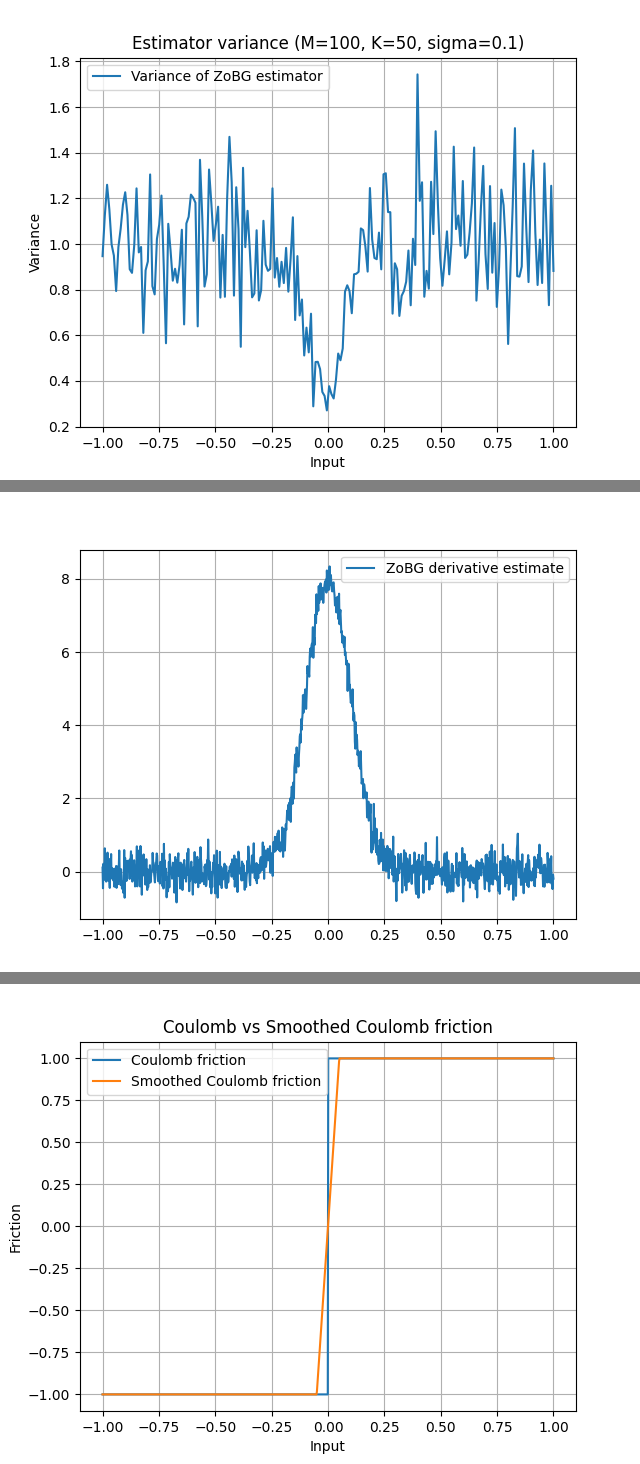
Repository: oomcth/Gradient-smoothing
Script's output: python test.py
An editor plug-in stored every save of this project. The script's output is shown before and after the next save, followed by the edit.
Each picture stacks the figures in order, with grey between them; figures that are only written to a file come last. Random numbers start from a fixed seed.

Above is the script's output before, as saved 2025-11-21 16:35:09.

### test.py
import numpy as np
import matplotlib.pyplot as plt


def coulomb_friction(x):
    return -1 if x < 0 else 1


def smoothed_coulomb_friction(x, t):
    assert t > 0
    return -1 if x < -t / 2 else 1 if x > t / 2 else 2 * x / t


def visualize_coulomb(t):
    x = np.linspace(-1, 1, 1000)
    y1 = np.array([coulomb_friction(l) for l in x])
    y2 = np.array([smoothed_coulomb_friction(l, t) for l in x])

    plt.plot(x, y1, label="Coulomb friction")
    plt.plot(x, y2, label="Smoothed Coulomb friction")

    plt.legend()
    plt.xlabel("Input")
    plt.ylabel("Friction")
    plt.title("Coulomb vs Smoothed Coulomb friction")
    plt.grid(True)
    plt.show()


def gaussian_sampler_factory(sigma, d):
    def sampler(M, rng):
        return rng.normal(loc=0.0, scale=sigma, size=(M, d))

    return sampler


def gaussian_grad_logp_factory(sigma):
    def grad_log_p(omegas):
        return -omegas / (sigma**2)

    return grad_log_p


def zo_gradient(f, x, sample_omega, grad_log_p, M=1000, rng=None):
    if rng is None:
        rng = np.random.default_rng()

    x = np.array([x], dtype=float)
    omegas = sample_omega(M, rng)
    xs = x + omegas

    f_vals = np.array([f(float(xi)) for xi in xs])
    glp = grad_log_p(omegas)

    integrand = -(f_vals[:, None] * glp)
    return integrand.mean(axis=0).squeeze()


def visualize_coulomb_derivatives(t):
    sigma = t
    x = np.linspace(-1, 1, 1000)
    sampler = gaussian_sampler_factory(sigma, 1)
    grad_log_p = gaussian_grad_logp_factory(sigma)

    y = np.array([zo_gradient(coulomb_friction, l, sampler, grad_log_p) for l in x])

    plt.plot(x, y, label="ZoBG derivative estimate")
    plt.legend()
    plt.grid(True)
    plt.show()


def visualize_estimator_variance(t, M=500, K=50):
    sigma = t
    x = np.linspace(-1, 1, 200)

    rng = np.random.default_rng(12345)
    sampler = gaussian_sampler_factory(sigma, 1)
    grad_log_p = gaussian_grad_logp_factory(sigma)

    variances = []

    for l in x:
        estimates = []
        for _ in range(K):
            est = zo_gradient(coulomb_friction, l, sampler, grad_log_p, M=M, rng=rng)
            estimates.append(est)
        variances.append(np.var(estimates, ddof=1))

    plt.plot(x, variances, label="Variance of ZoBG estimator")
    plt.xlabel("Input")
    plt.ylabel("Variance")
    plt.title(f"Estimator variance (M={M}, K={K}, sigma={sigma})")
    plt.grid(True)
    plt.legend()
    plt.show()


visualize_estimator_variance(0.1, M=100)
visualize_coulomb_derivatives(0.1)
visualize_coulomb(0.1)

After the next save:
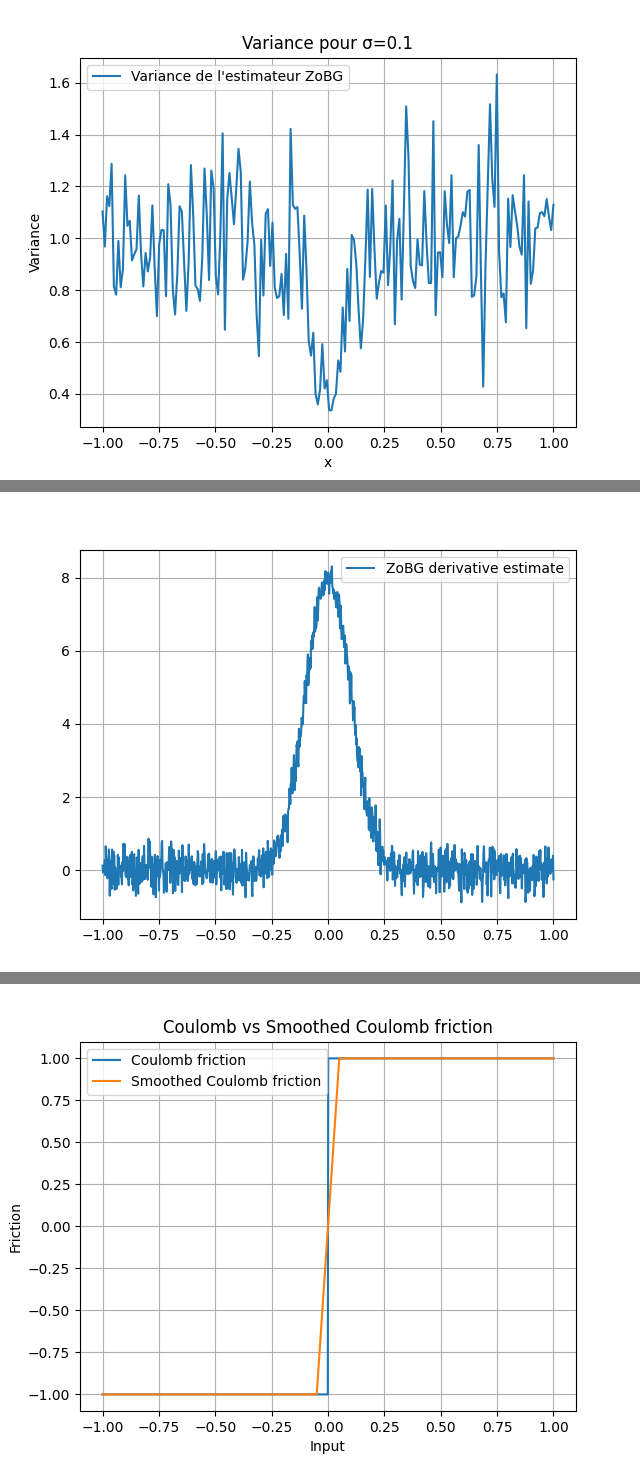
Saved 92 s later.
--- a/test.py
+++ b/test.py
@@ -74,7 +74,6 @@ def visualize_estimator_variance(t, M=500, K=50):
     sigma = t
     x = np.linspace(-1, 1, 200)
 
-    rng = np.random.default_rng(12345)
     sampler = gaussian_sampler_factory(sigma, 1)
     grad_log_p = gaussian_grad_logp_factory(sigma)
 
@@ -83,16 +82,17 @@ def visualize_estimator_variance(t, M=500, K=50):
     for l in x:
         estimates = []
         for _ in range(K):
+            rng = np.random.default_rng()  # Re-crée une graine différente
             est = zo_gradient(coulomb_friction, l, sampler, grad_log_p, M=M, rng=rng)
             estimates.append(est)
         variances.append(np.var(estimates, ddof=1))
 
-    plt.plot(x, variances, label="Variance of ZoBG estimator")
-    plt.xlabel("Input")
+    plt.plot(x, variances, label="Variance de l'estimateur ZoBG")
+    plt.xlabel("x")
     plt.ylabel("Variance")
-    plt.title(f"Estimator variance (M={M}, K={K}, sigma={sigma})")
-    plt.grid(True)
+    plt.title(f"Variance pour σ={sigma}")
     plt.legend()
+    plt.grid()
     plt.show()
 
 
